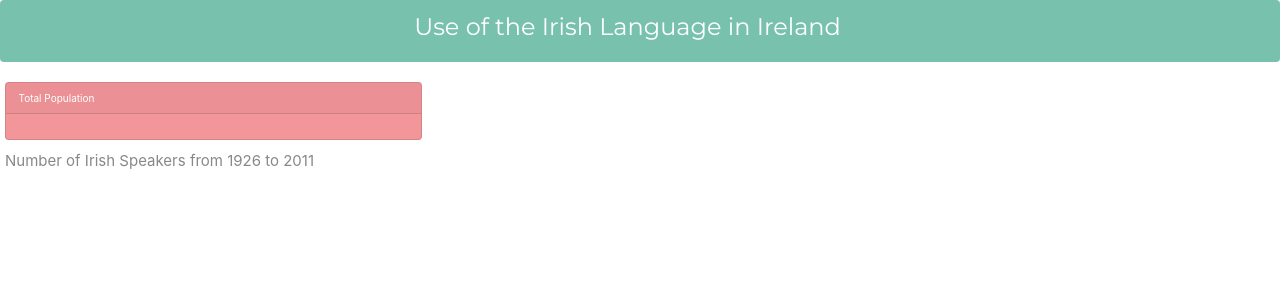
Repository: MelBiggs/milestone-project2
Page: index.html
The author's editor kept a record of every edit. The page is drawn from the files as they stood at one moment, then again after the next edit.
The browser window is 1280 px wide. The pictures show the whole page.
Some web libraries are served in a nearby version.

Above is the page before.
Console error (its wording comes from the project's code and is left out).

After the next edit:
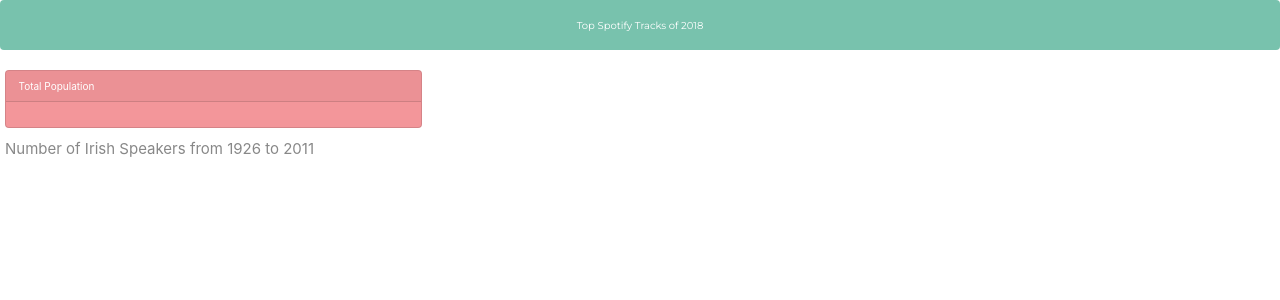
The edit:
--- a/index.html
+++ b/index.html
@@ -18,8 +18,7 @@
 <body>
 
     <nav class="navbar navbar-expand-lg navbar-dark bg-primary">
-        <div class="container-fluid">
-            <a class="navbar-brand" href="#">Use of the Irish Language in Ireland</a>
+        <div class="container-fluid">Top Spotify Tracks of 2018</a>
     </nav>
 
     <!--- Dashboard section containing two containers with summary statistics --->
